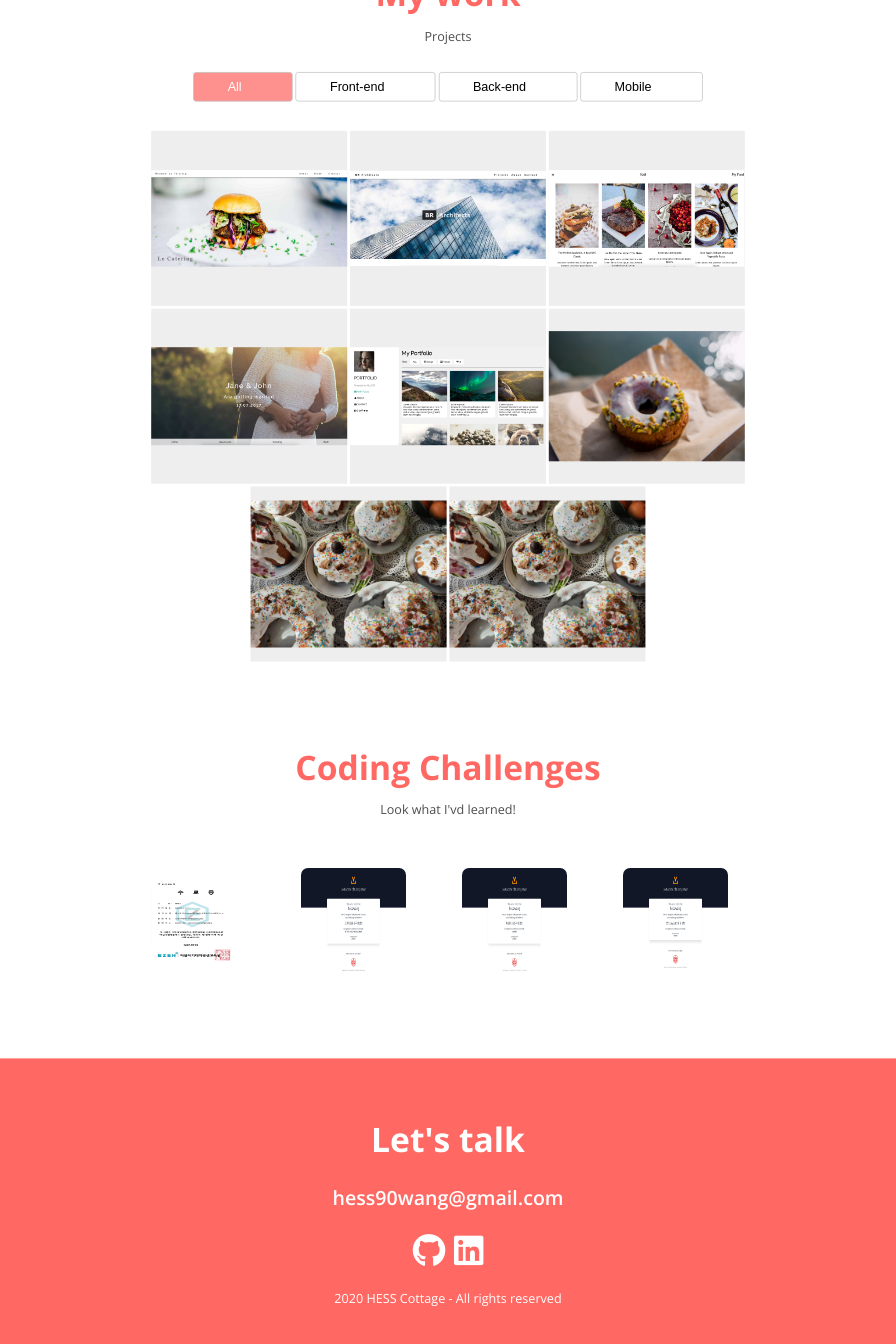
Repository: hesshess/Portfolio
Page: index.html
The author's editor kept a copy of each file at every save. The page is drawn from the files as they stood at one save, then again after the next save.
The browser window is 1280 px wide. The pictures show the part of the page from y = 1970 to 3890 px (the page is 3890 px tall before and 3375 px after), at 70% of full size.
Some web libraries are served in a nearby version.

Above is the page before, as saved 2022-10-19 11:54:35.

After the next save:
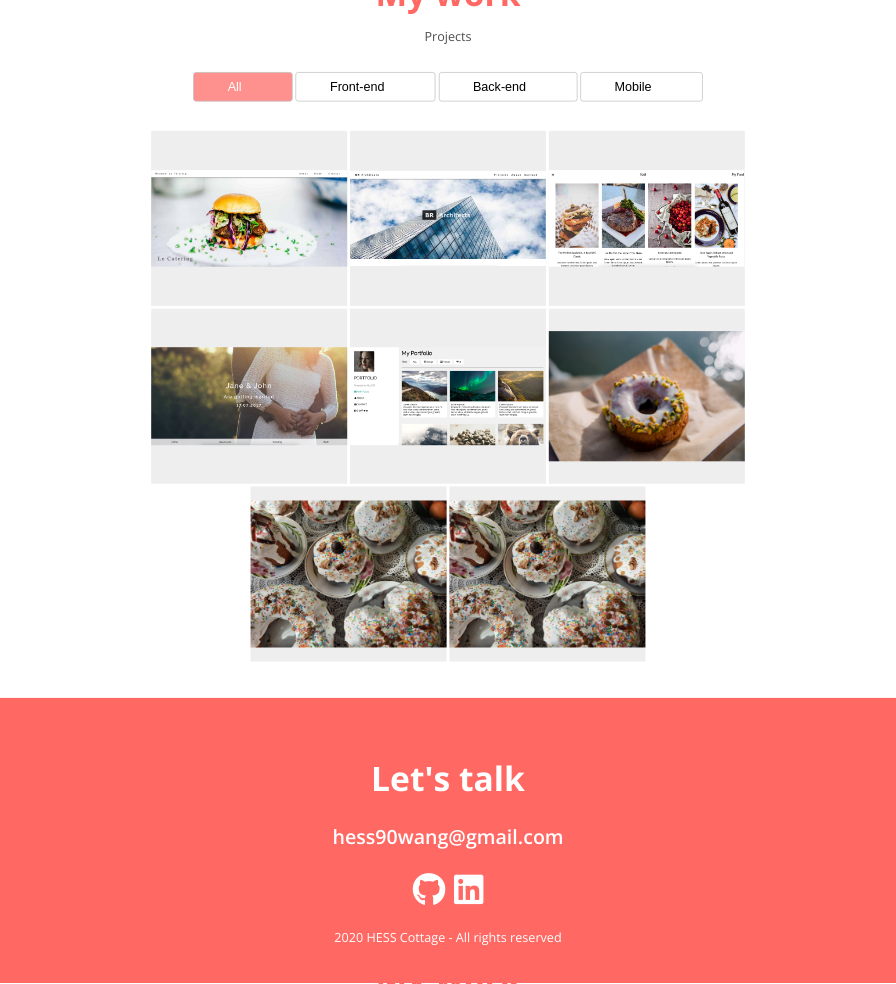
Saved 36 s later.
--- a/index.html
+++ b/index.html
@@ -277,54 +277,7 @@
         </div>
       </div>
     </section>
-    <!-- Testimonials -->
-    <section id="testimonials" class="section">
-      <div class="section__container">
-        <h1>Coding Challenges</h1>
-        <h3>Look what I'vd learned!</h3>
-        <div class="testimonials">
-          <div class="testimonial">
-            <img
-              src="imgs/testimonial/certificate1.jpg"
-              class="testimonial__avatar"
-            />
-            <div class="testimonial__description">
-              <h3>이젠 - 풀스택 웹개발자 6개월 과정</h3>
-              <span>HTML, CSS, Javascript, React, Node, MySQL</span>
-            </div>
-          </div>
-
-          <div class="testimonial">
-            <img
-              src="imgs/testimonial/nomad1.jpg"
-              class="testimonial__avatar"
-            />
-            <div class="testimonial__description">
-              <h3>노마드코드 - 카카오 클론 2주 챌린지</h3>
-              <span>HTML5, CSS3, Flexbox, Github</span>
-          </div>
-          </div>
-          <div class="testimonial">
-            <img
-              src="imgs/testimonial/nomad2.jpg"
-              class="testimonial__avatar"
-            />
-            <div class="testimonial__description">
-              <h3>노마드코드 - 바닐라 JS 2주 챌린지</h3>
-              <span>HTML5, CSS3, VanillaJS</span>
-          </div></div>
-          <div class="testimonial">
-            <img
-              src="imgs/testimonial/nomad3.jpg"
-              class="testimonial__avatar"
-            />
-            <div class="testimonial__description">
-              <h3>노마드코드 - CSS LAYOUT 2주 챌린지</h3>
-              <span>Flexbox, Grid, Scss</span>
-          </div>
-        </div>
-      </div>
-    </section>
+
     <!-- Contact -->
     <section id="contact" class="section">
       <h1 class="contact__title">Let's talk</h1>
